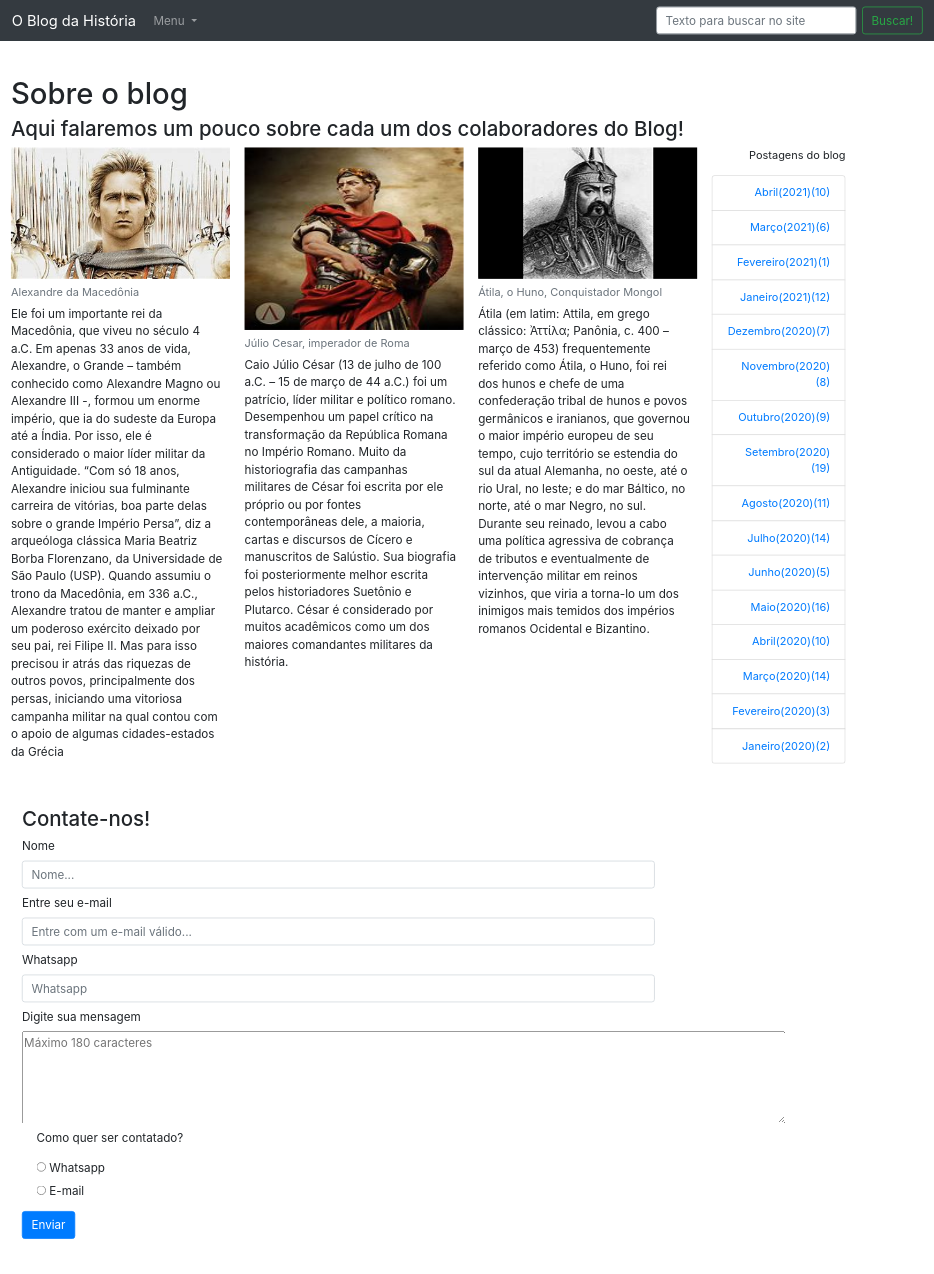
Repository: xhenrique/blog_layout_bootstrap
Page: source/sobre.html
These files come from the project's save history. The page is drawn as it stood at one moment and after the next save; the edit follows.
The browser window is 1280 px wide. The pictures show the whole page, at 73% of full size.

Above is the page before, as saved 2021-04-25 16:57:03.

### source/sobre.html
<!DOCTYPE html>
<html lang="pt-br">
  <head>
    <meta charset="utf-8">
    <!-- Meta tags Obrigatórias , initial-scale=1, shrink-to-fit=no -->

    <meta name="viewport" content="width=device-width">

    <!-- Bootstrap CSS -->
    <link rel="stylesheet" href="https://stackpath.bootstrapcdn.com/bootstrap/4.1.3/css/bootstrap.min.css" integrity="sha384-MCw98/SFnGE8fJT3GXwEOngsV7Zt27NXFoaoApmYm81iuXoPkFOJwJ8ERdknLPMO" crossorigin="anonymous">
    <title>O Blog da História</title>
  </head>
  <body>
    <nav class="navbar navbar-expand-md navbar-dark bg-dark sticky-top">
        <a class = "navbar-brand" href="index.html">O Blog da História</a>

        <!--Especificações do que é cada um dos atributos!!!!!
            "aria-controls": define a relação entre os elementos, um elemento é pai e o outro filho, deve ser definido no pai, relacionando o filho;
            "data-target" : Define o que será exibido quando clicar na opção do menu;
            "data-toggle" : o que vai acontecer quando eu clicar em cima do botão, collapse, por exemplo, faz o botão expandir e retrair as opções;
            "aria-expanded" : Flag para o navegador informando que o elemento não está expandido;
            "aria-label" : é usado para definir uma string na tag do elemento atual.
        -->
        <button title="Menu" class="navbar-toggler" type="button" data-toggle="collapse" data-target="#navbarCfg" aria-controls="navbarCfg">
            <span class="navbar-toggler-icon"></span>
        </button>
        <div class="collapse navbar-collapse" id="navbarCfg">
            <ul class="navbar-nav mr-auto">
                <a class="nav-link dropdown-toggle" href="#" id="navbarDropdown" role="button" data-toggle="dropdown" aria-haspopup="true" aria-expanded="false">
                Menu
                </a>
                <div class="dropdown-menu" aria-labelledby="navbarDropdown">
                <a class="dropdown-item" href="index.html">Início</a>
                <a class="dropdown-item" href="sobre.html">Sobre</a>
                <div class="dropdown-divider"></div>
                <p style="text-align: left; padding-left: 10px;"> Criado por: José Xavier<br/>UFPA - 2021</p>
                </div>
            </ul>
            <form class="form-inline my-2 my-lg-0">
            <input class="form-control mr-sm-2" type="search" placeholder="Texto para buscar no site" aria-label="Search">
            <button class="btn btn-outline-success my-2 my-sm-0" type="submit">Buscar!</button>
            </form>
        </div>
    </nav>

    <div class="container-fluid" id="sobreContainer">
        <div id="sobre_o_blog" class="text-left">
            <br/>
            <br/>
            <h1>Sobre o blog</h1>
            <h3>Aqui falaremos um pouco sobre cada um dos colaboradores do Blog!</h3>
        </div>
        <div class="row d-flex">
            <div class="col-md-3">
                <img class="figure-img" src="../img/alexandre.jpg" alt="Xandão"  style="height: 180px; width: 300px">
                <figcaption class="figure-caption" style="font-size: 15px; margin-bottom: 5px;">
                    Alexandre da Macedônia
                </figcaption>
                <p>Ele foi um importante rei da Macedônia, que viveu no século 4 a.C. Em apenas 33 anos de vida, Alexandre, o Grande – também conhecido como Alexandre Magno ou Alexandre III -, formou um enorme império, que ia do sudeste da Europa até a Índia. Por isso, ele é considerado o maior líder militar da Antiguidade. “Com só 18 anos, Alexandre iniciou sua fulminante carreira de vitórias, boa parte delas sobre o grande Império Persa”, diz a arqueóloga clássica Maria Beatriz Borba Florenzano, da Universidade de São Paulo (USP). Quando assumiu o trono da Macedônia, em 336 a.C., Alexandre tratou de manter e ampliar um poderoso exército deixado por seu pai, rei Filipe II. Mas para isso precisou ir atrás das riquezas de outros povos, principalmente dos persas, iniciando uma vitoriosa campanha militar na qual contou com o apoio de algumas cidades-estados da Grécia</p>
            </div>
            <div class="col-md-3">
                <img class="figure-img" src="../img/th.jfif" alt="imperador" style="height: 250px; width: 300px">
                <figcaption class="figure-caption" style="font-size: 15px; margin-bottom: 5px;">
                    Júlio Cesar, imperador de Roma
                </figcaption>
                <p>Caio Júlio César (13 de julho de 100 a.C. – 15 de março de 44 a.C.) foi um patrício, líder militar e político romano. Desempenhou um papel crítico na transformação da República Romana no Império Romano. Muito da historiografia das campanhas militares de César foi escrita por ele próprio ou por fontes contemporâneas dele, a maioria, cartas e discursos de Cícero e manuscritos de Salústio. Sua biografia foi posteriormente melhor escrita pelos historiadores Suetônio e Plutarco. César é considerado por muitos acadêmicos como um dos maiores comandantes militares da história.</p>
            </div>
            <div class="col-md-3">
                <img class="figure-img" src="../img/atila.jpg" alt="o_huno" style="height: 180px; width: 300px">
                <figcaption class="figure-caption" style="font-size: 15px; margin-bottom: 5px;">
                        Átila, o Huno, Conquistador Mongol
                </figcaption>
                <p>Átila (em latim: Attila, em grego clássico: Ἀττίλα; Panônia, c. 400 – março de 453) frequentemente referido como Átila, o Huno, foi rei dos hunos e chefe de uma confederação tribal de hunos e povos germânicos e iranianos, que governou o maior império europeu de seu tempo, cujo território se estendia do sul da atual Alemanha, no oeste, até o rio Ural, no leste; e do mar Báltico, no norte, até o mar Negro, no sul. Durante seu reinado, levou a cabo uma política agressiva de cobrança de tributos e eventualmente de intervenção militar em reinos vizinhos, que viria a torna-lo um dos inimigos mais temidos dos impérios romanos Ocidental e Bizantino.</p>
            </div>
                <div class="col-md-2">
                    <div class="text-right" style="font-size: 15px;">
                        <p>Postagens do blog</p>
                        <ul class="list-group">
                            <!--Javascript provavelmente entraria aqui, iterando sobre uma lista/matriz e exibindo a quantida de postagens por mês/ano-->
                            <li class="list-group-item"><a href="">Abril(2021)(10)</a></li>
                            <li class="list-group-item"><a href="">Março(2021)(6)</a></li>
                            <li class="list-group-item"><a href="">Fevereiro(2021)(1)</a></li>
                            <li class="list-group-item"><a href="">Janeiro(2021)(12)</a></li>
                            <li class="list-group-item"><a href="">Dezembro(2020)(7)</a></li>
                            <li class="list-group-item"><a href="">Novembro(2020)(8)</a></li>
                            <li class="list-group-item"><a href="">Outubro(2020)(9)</a></li>
                            <li class="list-group-item"><a href="">Setembro(2020)(19)</a></li>
                            <li class="list-group-item"><a href="">Agosto(2020)(11)</a></li>
                            <li class="list-group-item"><a href="">Julho(2020)(14)</a></li>
                            <li class="list-group-item"><a href="">Junho(2020)(5)</a></li>
                            <li class="list-group-item"><a href="">Maio(2020)(16)</a></li>
                            <li class="list-group-item"><a href="">Abril(2020)(10)</a></li>
                            <li class="list-group-item"><a href="">Março(2020)(14)</a></li>
                            <li class="list-group-item"><a href="">Fevereiro(2020)(3)</a></li>
                            <li class="list-group-item"><a href="">Janeiro(2020)(2)</a></li>
                        </ul>
                    </div>
                </div>
        </div>
        <div class="container-fluid" id="contatoContainer">
            <div class="row">
                <form>
                    <div class="col-md-10">
                        <br/>
                        <br/>

                        <h3>
                            Contate-nos!
                        </h3>
                        <div class="mb-2">
                            <label for="nameInput" class="form-label">Nome</label>
                            <input type="text" placeholder="Nome..." class="form-control" id="nameInput"  required>
                        </div>
                        <div class="mb-2">
                            <label for="inputEmail" class="form-label">Entre seu e-mail</label>
                            <input type="email" placeholder="Entre com um e-mail válido..." class="form-control" id="inputEmail"  required>
                        </div>
                        <div class="mb-2">
                            <label for="wppInput" class="form-label">Whatsapp</label>
                            <input type="tel" placeholder="Whatsapp" class="form-control" id="wppInput">
                        </div>
                        <div class="mb-2">
                            <label for="msgInput" class="form-label">Digite sua mensagem</label>
                            <textarea type="text" placeholder="Máximo 180 caracteres" maxlength="180" class="form-inline" id="msgInput" rows="5" cols="100"></textarea>
                        </div>
                        <div class="mb-2 form-check">
                            <p>Como quer ser contatado?</p>
                            <input type="radio" id="wpp" name="whatsapp" value="Whatsapp">
                            <label for="wpp">Whatsapp</label><br>
                            <input type="radio" id="e-mail" name="email" value="E-mail">
                            <label for="e-mail">E-mail</label><br>
                        </div>
                        <button class="btn btn-primary" type="submit" aria-label="btnSubmmit">Enviar</button>
                        <br>
                        <br>
                        <br>
                    </div>
                </form>
            </div>
        </div>
    </div>


    <!-- JavaScript (Opcional) -->
    <!-- jQuery primeiro, depois Popper.js, depois Bootstrap JS -->
    <script src="https://code.jquery.com/jquery-3.3.1.slim.min.js" integrity="sha384-q8i/X+965DzO0rT7abK41JStQIAqVgRVzpbzo5smXKp4YfRvH+8abtTE1Pi6jizo" crossorigin="anonymous"></script>
    <script src="https://cdnjs.cloudflare.com/ajax/libs/popper.js/1.14.3/umd/popper.min.js" integrity="sha384-ZMP7rVo3mIykV+2+9J3UJ46jBk0WLaUAdn689aCwoqbBJiSnjAK/l8WvCWPIPm49" crossorigin="anonymous"></script>
    <script src="https://stackpath.bootstrapcdn.com/bootstrap/4.1.3/js/bootstrap.min.js" integrity="sha384-ChfqqxuZUCnJSK3+MXmPNIyE6ZbWh2IMqE241rYiqJxyMiZ6OW/JmZQ5stwEULTy" crossorigin="anonymous"></script>
  </body>
</html>

After the next save:
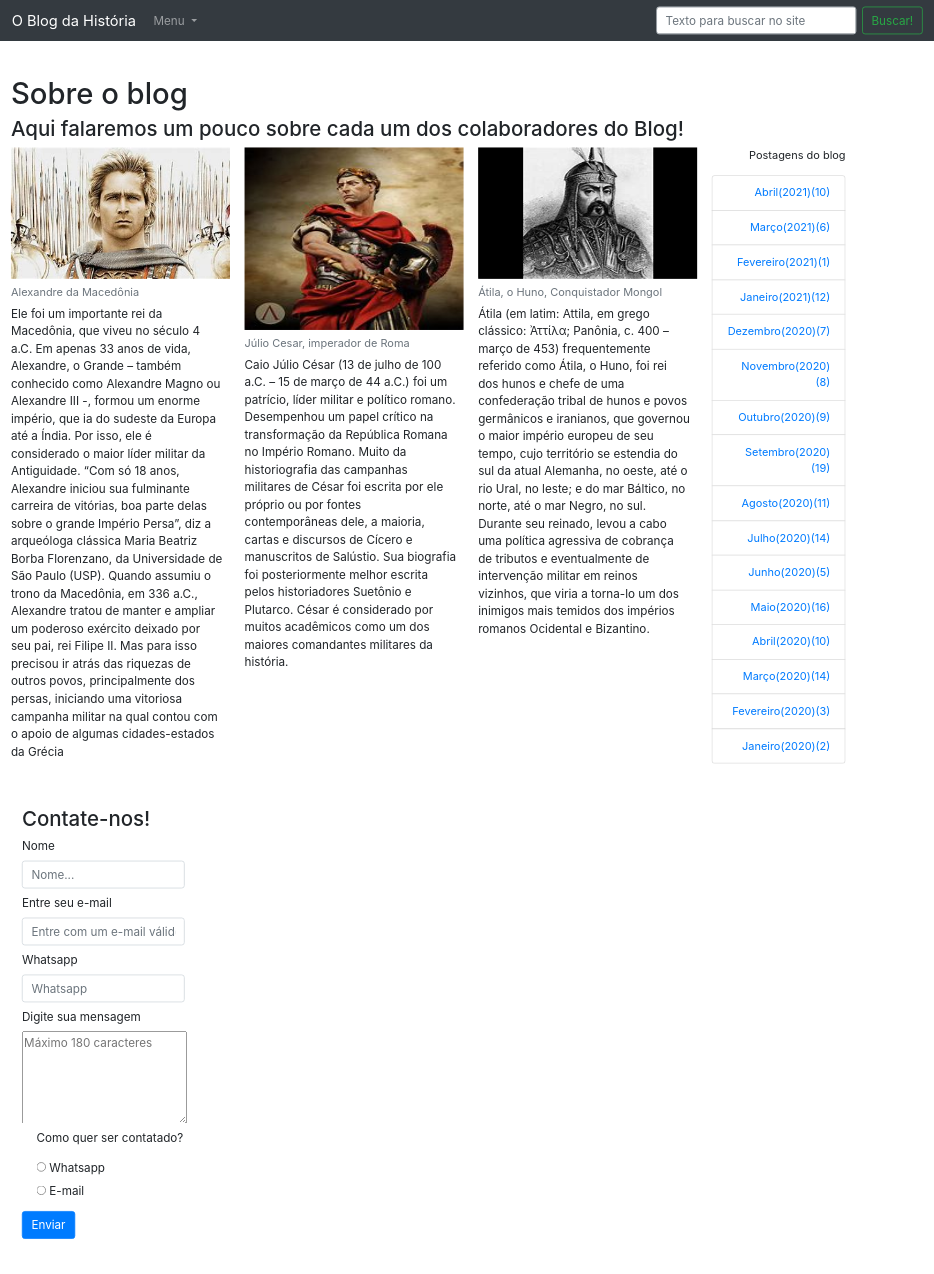
Saved 15 s later.
--- a/source/sobre.html
+++ b/source/sobre.html
@@ -121,7 +121,7 @@
                         </div>
                         <div class="mb-2">
                             <label for="msgInput" class="form-label">Digite sua mensagem</label>
-                            <textarea type="text" placeholder="Máximo 180 caracteres" maxlength="180" class="form-inline" id="msgInput" rows="5" cols="100"></textarea>
+                            <textarea type="text" placeholder="Máximo 180 caracteres" maxlength="180" class="form-inline" id="msgInput" rows="5"></textarea>
                         </div>
                         <div class="mb-2 form-check">
                             <p>Como quer ser contatado?</p>
